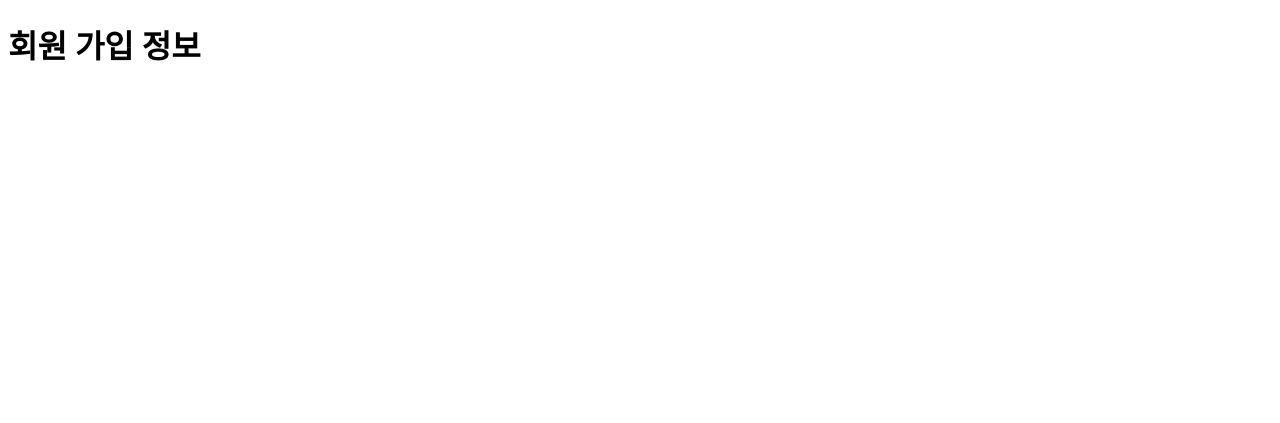
Repository: minimelody/servlet
Page: http://localhost/web2/views/member/myPage.jsp
An editor plug-in stored every save of this project. The page is shown before and after the next save, followed by the edit.
The browser window is 1280 px wide. The pictures show the whole page.
The page is served by Tomcat 9. Other server files are loaded and not shown.

Above is the page before, as saved 2018-05-25 04:45:08.

### webworkspace2/web2/WebContent/views/member/myPage.jsp
<%@ page language="java" contentType="text/html; charset=UTF-8"
    pageEncoding="UTF-8"%>
<!DOCTYPE html PUBLIC "-//W3C//DTD HTML 4.01 Transitional//EN" "http://www.w3.org/TR/html4/loose.dtd">
<html>
<head>
<meta http-equiv="Content-Type" content="text/html; charset=UTF-8">
<title>Insert title here</title>
</head>
<body>
	<h1>회원 가입 정보</h1>
</body>
</html>

After the next save:
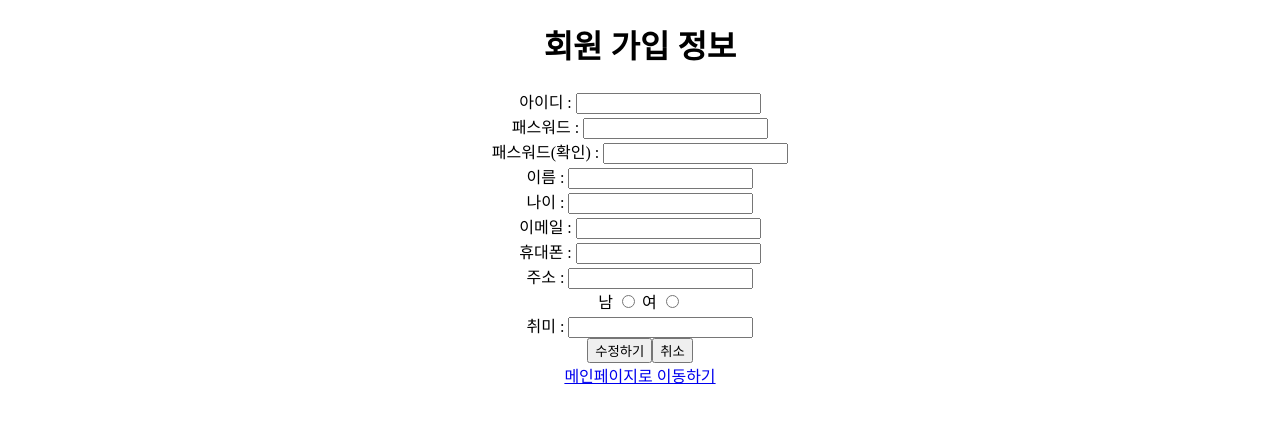
Saved 5 min 23 s later.
--- a/webworkspace2/web2/WebContent/views/member/myPage.jsp
+++ b/webworkspace2/web2/WebContent/views/member/myPage.jsp
@@ -7,6 +7,20 @@
 <title>Insert title here</title>
 </head>
 <body>
+	<center>
 	<h1>회원 가입 정보</h1>
+	아이디 : <input type="text" name="userId"><br>
+	패스워드 : <input type="password" name="userPwd"><br>
+	패스워드(확인) : <input type="password" name="userPwd_re"><br>
+	이름 : <input type="text" name="userName"><br>
+	나이 : <input type="text" name="age"><br>
+	이메일 : <input type="email" name="email"><br>
+	휴대폰 : <input type="text" name="phone"><br>
+	주소 : <input type="text" name="addr"><br>
+	남 <input type="radio" name="gender" value="M"> 여 <input type="radio" name="gender" value="F"><br>
+	취미 : <input type="text" name="hobby"><br>
+	<button>수정하기</button><button>취소</button><br>
+	<a href="../../index.jsp">메인페이지로 이동하기</a>
+	</center>
 </body>
 </html>
